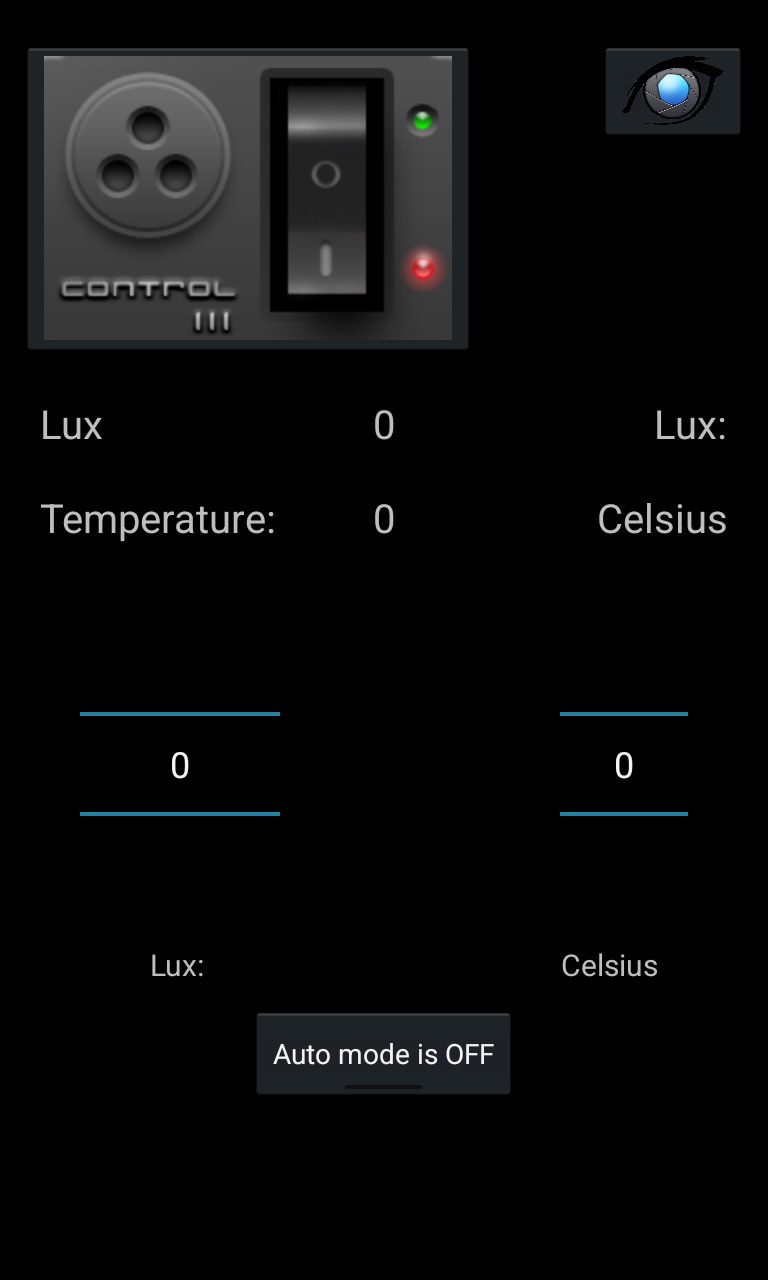
Repository: deanzaka/Shroom_IOIO_OpenCV
Layout: samples/IOIOSimpleApp/res/layout/main.xml
An editor plug-in stored every save of this project. The layout is shown before and after the next save, followed by the edit.
It is drawn on a 768 x 1280 px phone screen (xhdpi) without system bars, with theme android:Theme.Holo; the app's code is not run.

Above is the layout before, as saved 2014-06-04 09:52:17.

After the next save:
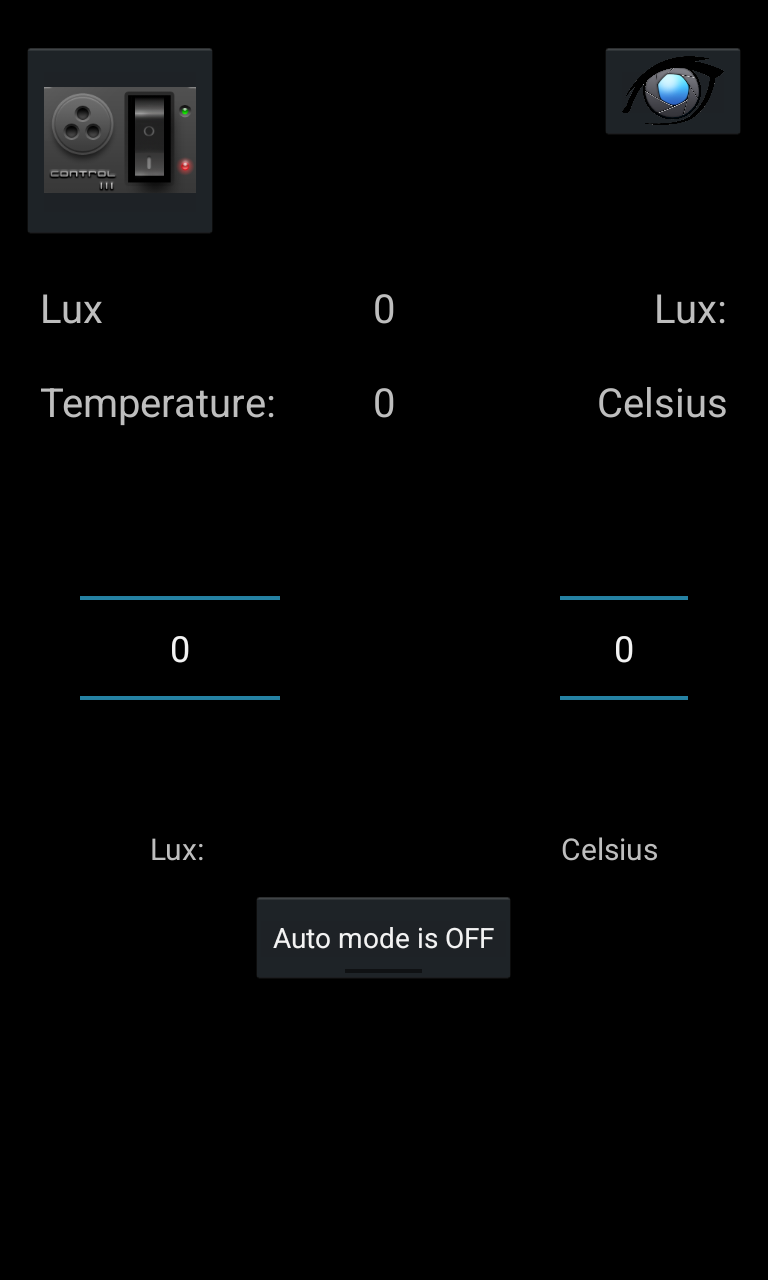
Saved 40 s later.
--- a/samples/IOIOSimpleApp/res/layout/main.xml
+++ b/samples/IOIOSimpleApp/res/layout/main.xml
@@ -28,8 +28,8 @@
         <ImageButton
 		    android:id="@+id/panel"
 		    android:src="@drawable/panel"
-		    android:layout_height="wrap_content"
-		    android:layout_width="wrap_content"
+		    android:layout_height="100dp"
+		    android:layout_width="100dp"
 		    android:layout_marginTop="10dp"
 		    android:layout_marginLeft="10dp"
 		    android:scaleType="fitCenter"
